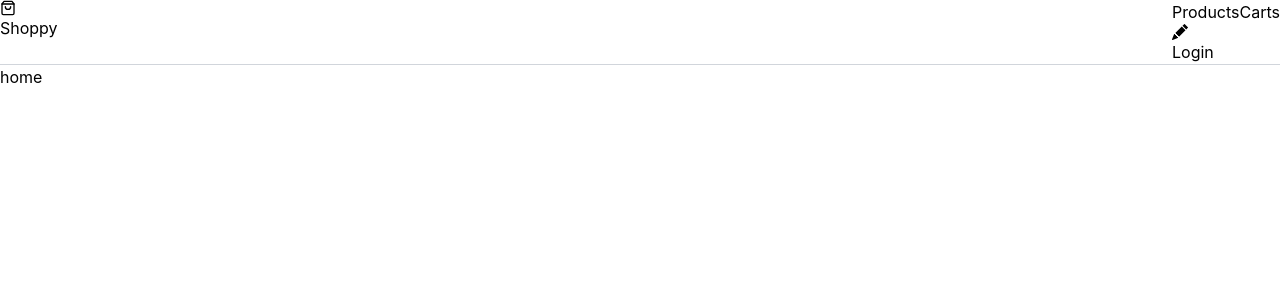
Repository: SeungYn/shoppy
Page: /
These files come from the project's save history. The page is drawn as it stood at one moment and after the next save; the edit follows.
The browser window is 1280 px wide. The pictures show the whole page.
The project was rebuilt for these pictures with package versions that can differ from the ones it lists, and the page was loaded fresh each time. Also part of the build but not shown: src/App.css, src/pages/AllProducts.jsx, src/pages/ProductDetail.jsx, src/pages/MyCart.jsx.

Above is the page before, as saved 2022-11-17 12:42:10.

### public/index.html
<!DOCTYPE html>
<html lang="en">
  <head>
    <meta charset="utf-8" />
    <link rel="icon" href="%PUBLIC_URL%/favicon.ico" />
    <meta name="viewport" content="width=device-width, initial-scale=1" />
    <meta name="theme-color" content="#000000" />
    <meta
      name="description"
      content="Web site created using create-react-app"
    />
    <link rel="apple-touch-icon" href="%PUBLIC_URL%/logo192.png" />
    <!--
      manifest.json provides metadata used when your web app is installed on a
      user's mobile device or desktop. See https://developers.google.com/web/fundamentals/web-app-manifest/
    -->
    <link rel="manifest" href="%PUBLIC_URL%/manifest.json" />
    <!--
      Notice the use of %PUBLIC_URL% in the tags above.
      It will be replaced with the URL of the `public` folder during the build.
      Only files inside the `public` folder can be referenced from the HTML.

      Unlike "/favicon.ico" or "favicon.ico", "%PUBLIC_URL%/favicon.ico" will
      work correctly both with client-side routing and a non-root public URL.
      Learn how to configure a non-root public URL by running `npm run build`.
    -->
    <title>title</title>
  </head>
  <body>
    <noscript>You need to enable JavaScript to run this app.</noscript>
    <div id="root"></div>
    <!--
      This HTML file is a template.
      If you open it directly in the browser, you will see an empty page.

      You can add webfonts, meta tags, or analytics to this file.
      The build step will place the bundled scripts into the <body> tag.

      To begin the development, run `npm start` or `yarn start`.
      To create a production bundle, use `npm run build` or `yarn build`.
    -->
  </body>
</html>

### src/index.js
import React from 'react';
import ReactDOM from 'react-dom/client';
import './index.css';
import App from './App';
import reportWebVitals from './reportWebVitals';
import { createBrowserRouter, RouterProvider } from 'react-router-dom';
import Home from './pages/Home';
import AllProducts from './pages/AllProducts';
import NewProduct from './pages/NewProduct';
import ProductDetail from './pages/ProductDetail';
import MyCart from './pages/MyCart';

const router = createBrowserRouter([
  {
    path: '/',
    element: <App />,
    children: [
      { index: true, element: <Home /> },
      {
        path: 'products',
        element: <AllProducts />,
      },
      {
        path: 'products/new',
        element: <NewProduct />,
      },
      {
        path: 'products/:id',
        element: <ProductDetail />,
      },
      {
        path: 'carts',
        element: <MyCart />,
      },
    ],
  },
]);

const root = ReactDOM.createRoot(document.getElementById('root'));
root.render(
  <React.StrictMode>
    <RouterProvider router={router}>
      <App />
    </RouterProvider>
  </React.StrictMode>
);

// If you want to start measuring performance in your app, pass a function
// to log results (for example: reportWebVitals(console.log))
// or send to an analytics endpoint. Learn more: https://bit.ly/CRA-vitals
reportWebVitals();

### src/index.css
@tailwind base;
@tailwind components;
@tailwind utilities;

body {
  margin: 0;
  font-family: -apple-system, BlinkMacSystemFont, 'Segoe UI', 'Roboto', 'Oxygen',
    'Ubuntu', 'Cantarell', 'Fira Sans', 'Droid Sans', 'Helvetica Neue',
    sans-serif;
  -webkit-font-smoothing: antialiased;
  -moz-osx-font-smoothing: grayscale;
  @apply flex flex-col items-center;
}

code {
  font-family: source-code-pro, Menlo, Monaco, Consolas, 'Courier New',
    monospace;
}

#root {
  @apply w-full max-w-screen-2xl;
}

### src/App.js
import { Outlet } from 'react-router-dom';
import './App.css';
import Header from './components/Header';

function App() {
  return (
    <>
      <Header />
      <Outlet />
    </>
  );
}

export default App;

### src/pages/Home.jsx
import React from 'react';

export default function Home() {
  return <div>home</div>;
}

### src/components/Header.jsx
import React from 'react';
import { Link } from 'react-router-dom';
import { BsFillPencilFill } from 'react-icons/bs';
import { FiShoppingBag } from 'react-icons/fi';

export default function Header() {
  return (
    <header className={'flex justify-between border-b border-gray-300'}>
      <Link to='/'>
        <FiShoppingBag />
        <h1>Shoppy</h1>
      </Link>
      <nav>
        <Link to='/products'>Products</Link>
        <Link to='/carts'>Carts</Link>
        <Link to='/products/new'>
          <BsFillPencilFill />
        </Link>
        <button>Login</button>
      </nav>
    </header>
  );
}

Loaded but not shown: src/reportWebVitals.js (common file); tailwind.config.js (common file); src/pages/NewProduct.jsx (no stored copy; drawn as an empty file)

After the next save:
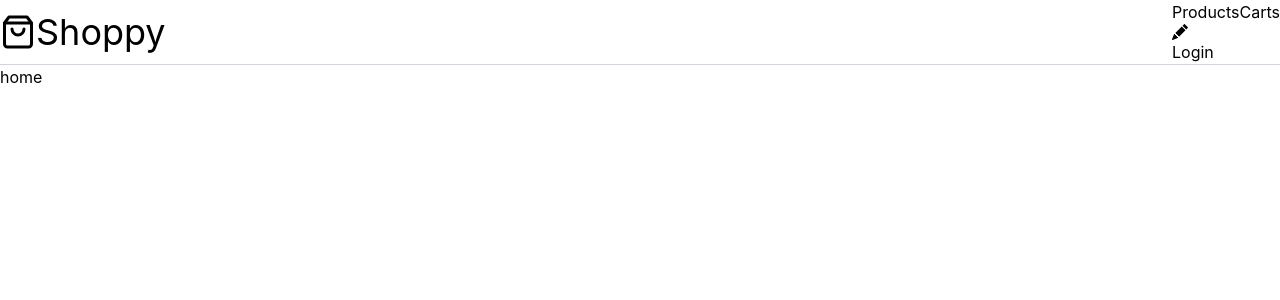
Saved 31 s later.
--- a/src/components/Header.jsx
+++ b/src/components/Header.jsx
@@ -6,7 +6,7 @@
 export default function Header() {
   return (
     <header className={'flex justify-between border-b border-gray-300'}>
-      <Link to='/'>
+      <Link to='/' className='flex items-center text-4xl'>
         <FiShoppingBag />
         <h1>Shoppy</h1>
       </Link>
